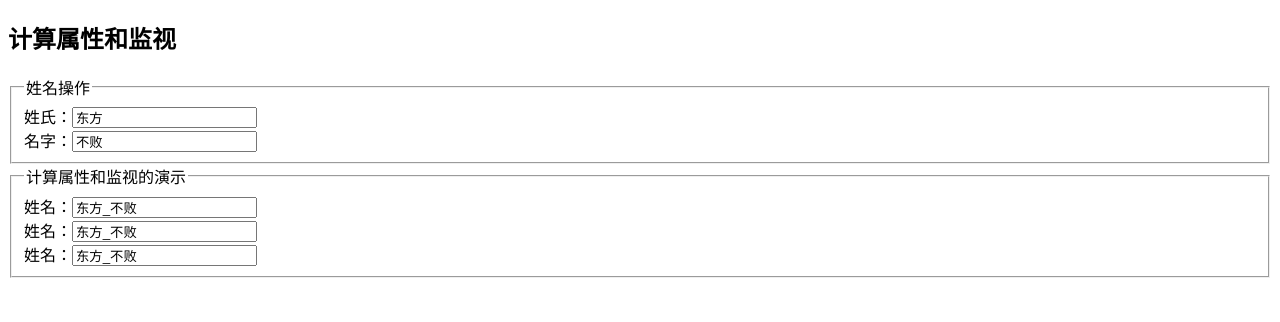
Repository: zhuhongxiang/Vue3.0-TSLeaning
Page: / (app in 04_Vue3/vue3_learning/)
These files come from the project's save history. The page is drawn as it stood at one moment and after the next save; the edit follows.
The browser window is 1280 px wide. The pictures show the whole page.
The project was rebuilt for these pictures with package versions that can differ from the ones it lists, and the page was loaded fresh each time.

Above is the page before, as saved 2021-07-26 11:25:00.

After the next save:
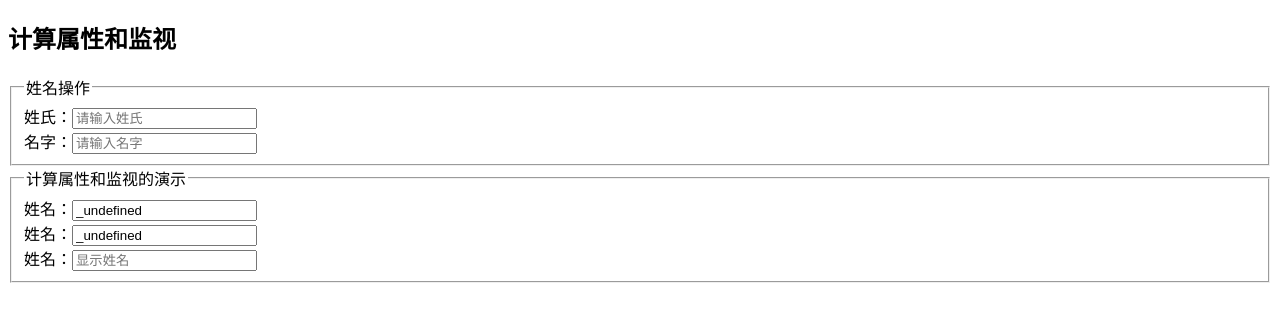
Saved 88 s later.
--- a/04_Vue3/vue3_learning/src/App.vue
+++ b/04_Vue3/vue3_learning/src/App.vue
@@ -61,13 +61,13 @@
     // 第三个姓名
     const fullName3 = ref("");
     // 监视----监视指定的数据
-    watch(
-      user,
-      ({ firstName, lastName }) => {
-        fullName3.value = firstName + "_" + lastName;
-      },
-      { immediate: true, deep: true }
-    );
+    // watch(
+    //   user,
+    //   ({ firstName, lastName }) => {
+    //     fullName3.value = firstName + "_" + lastName;
+    //   },
+    //   { immediate: true, deep: true }
+    // );
     // immediate:一开始就监视，deep深度监视
     // 监视,不需要配置immediate，本身默认就会进行监视(默认一开始就监视)
     // watchEffect(() => {
@@ -79,6 +79,11 @@
       const names = fullName3.value.split("_");
       user.firstName = names[0];
       user.lastName = names[1];
+    });
+
+    // watch ---可以监视多个数据的
+    watch([user.firstName, user.lastName], () => {
+      console.log("====");
     });
     return {
       user,

After the save that followed:
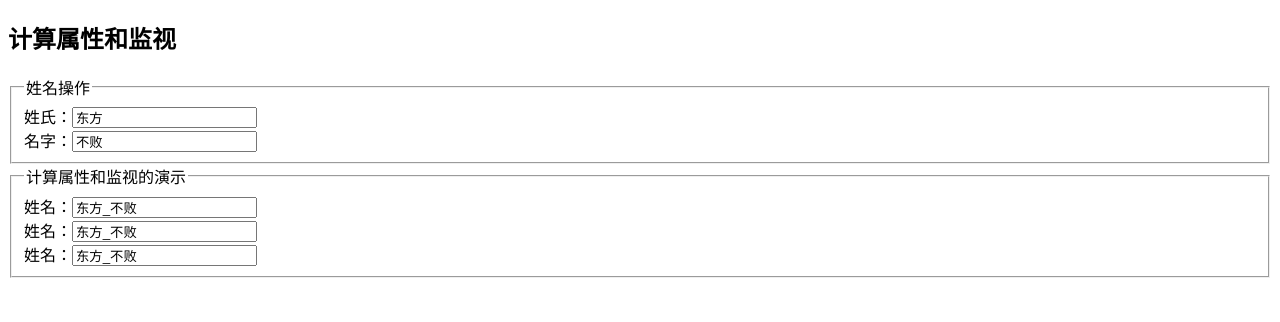
Saved 15 s later.
--- a/04_Vue3/vue3_learning/src/App.vue
+++ b/04_Vue3/vue3_learning/src/App.vue
@@ -61,13 +61,13 @@
     // 第三个姓名
     const fullName3 = ref("");
     // 监视----监视指定的数据
-    // watch(
-    //   user,
-    //   ({ firstName, lastName }) => {
-    //     fullName3.value = firstName + "_" + lastName;
-    //   },
-    //   { immediate: true, deep: true }
-    // );
+    watch(
+      user,
+      ({ firstName, lastName }) => {
+        fullName3.value = firstName + "_" + lastName;
+      },
+      { immediate: true, deep: true }
+    );
     // immediate:一开始就监视，deep深度监视
     // 监视,不需要配置immediate，本身默认就会进行监视(默认一开始就监视)
     // watchEffect(() => {
